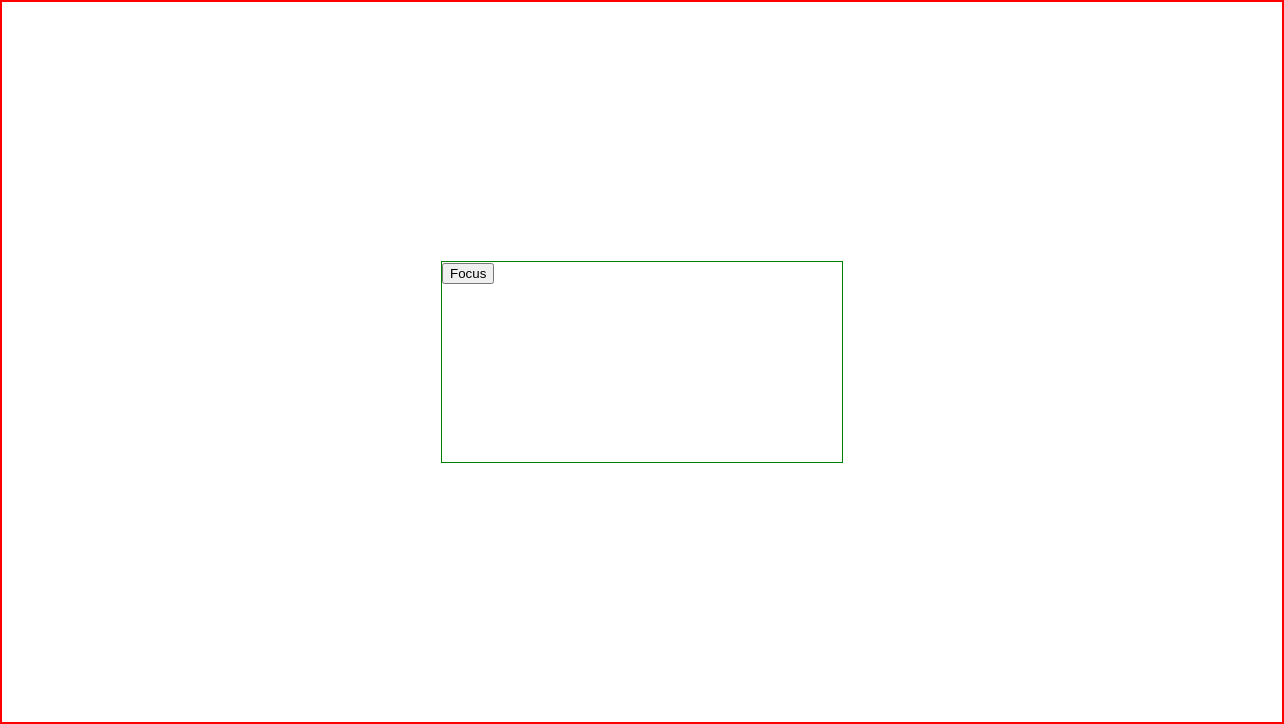
Repository: KrzysKolo/sr_tydzien4_zad5
Page: /
An editor plug-in stored every save of this project. The page is shown before and after the next save, followed by the edit.
The browser window is 1280 px wide. The page is 1284 px wide, so the pictures cover 1284 px, including what lies to the right of the window. The pictures show the whole page.
The project was rebuilt for these pictures with package versions that can differ from the ones it lists, and the page was loaded fresh each time.

Above is the page before, as saved 2020-12-17 14:06:03.

### src/App.js
import React, { Component } from 'react'
import './App.css';
 class App extends Component {
  onClick = () => {
    console.log("Kliknieto");
  }
  constructor(props) {
    super(props);
    this.surnameInput = React.createRef();
  }
  handleFocusClick = () => {
    this.surnameInput.current.style.background = '#345423';
    this.surnameInput.current.style.color = '#f00';
  }
  handleMouseOut = () => {
    this.surnameInput.current.style.background = '#fff';
    this.surnameInput.current.style.color = '#000';
  }
  render() {
    return (
      <div className="App">
        <div className="btn">
          <button type="button" ref={this.surnameInput} onMouseMove={this.handleFocusClick} onMouseOut={this.handleMouseOut}>Focus</button>
        </div>
      </div>
    )
  }
}
export default App;

### src/App.css
.App {
  width: 100vw;
  height: 100vh;
  display: flex;
  flex-direction: row;
  justify-content: center;
  align-items: center;
  border: 2px solid red;
}
.btn {
  height: 200px;
  width: 400px;
  border: 1px solid green;
}

Loaded but not shown: public/index.html (common file); src/index.js (common file); src/index.css (common file)

After the next save:
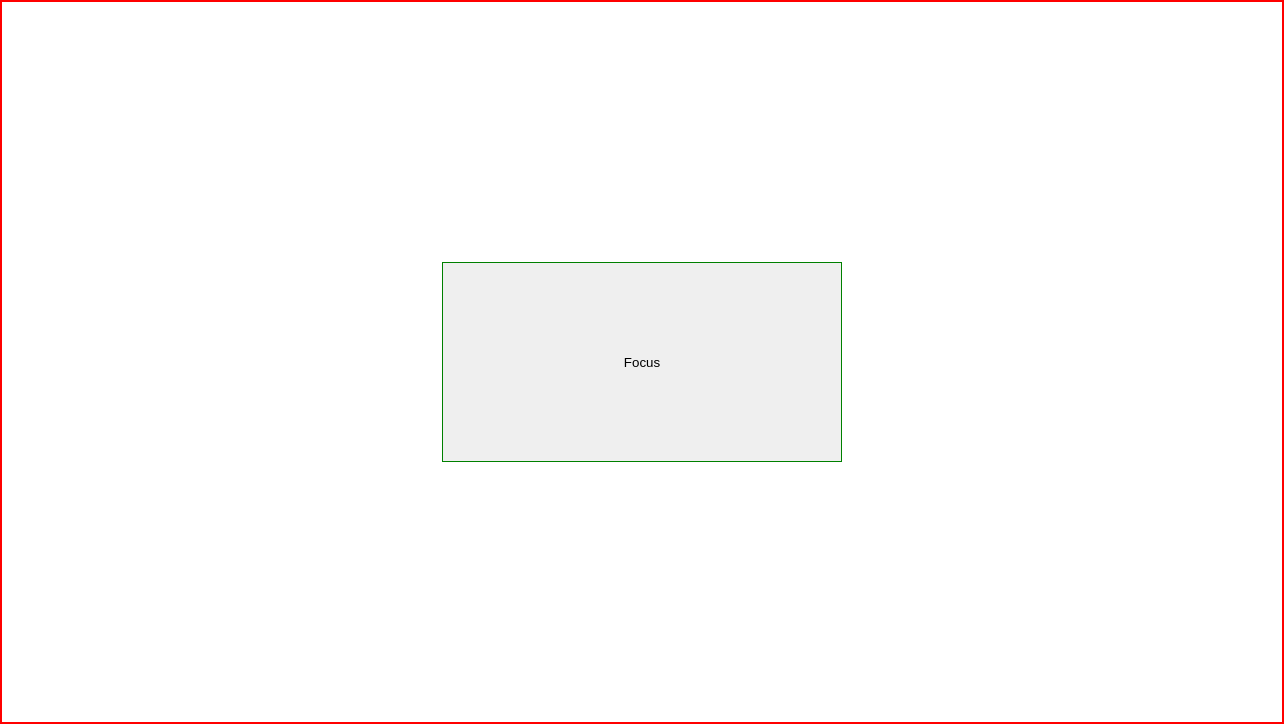
Saved 27 s later.
--- a/src/App.js
+++ b/src/App.js
@@ -19,8 +19,8 @@ import './App.css';
   render() {
     return (
       <div className="App">
-        <div className="btn">
-          <button type="button" ref={this.surnameInput} onMouseMove={this.handleFocusClick} onMouseOut={this.handleMouseOut}>Focus</button>
+        <div >
+          <button className="btn" type="button" ref={this.surnameInput} onMouseMove={this.handleFocusClick} onMouseOut={this.handleMouseOut}>Focus</button>
         </div>
       </div>
     )
